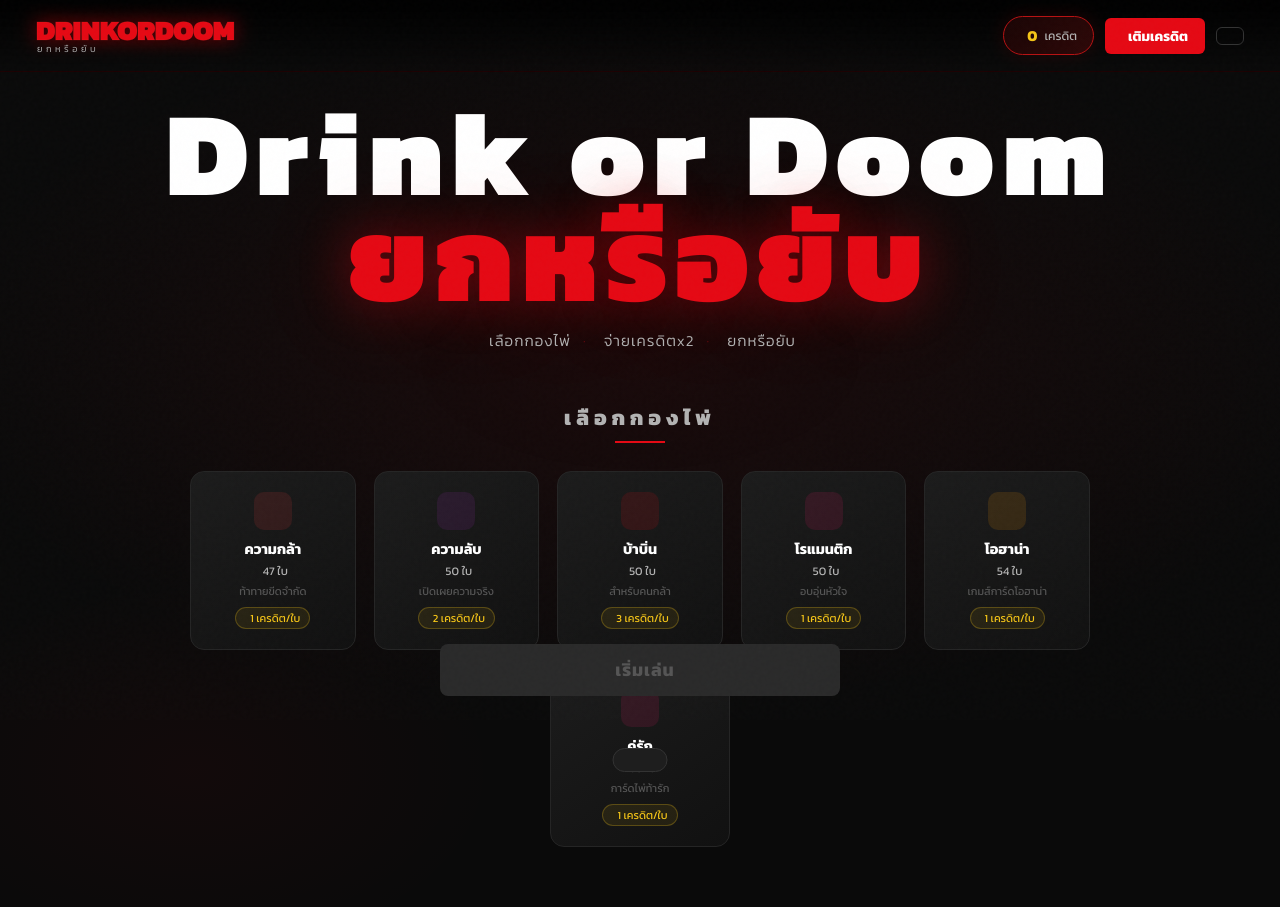
Repository: nuthiokhaw99/Drink-or-Doom.github.io
Page: index.html
These files come from the project's save history. The page is drawn as it stood at one moment and after the next save; the edit follows.
The browser window is 1280 px wide. The pictures show the whole page.
Some icons come from a web library that is not loaded, so they are not drawn.

Above is the page before, as saved 2026-03-25 00:50:02.

### index.html
<!DOCTYPE html>
<html lang="th">
<head>
<meta charset="UTF-8">
<meta name="viewport" content="width=device-width, initial-scale=1.0">
<title>DEALSHOT — ไพ่วงเหล้า</title>

<!-- Fonts -->
<link href="https://fonts.googleapis.com/css2?family=Kanit:ital,wght@0,300;0,400;0,600;0,700;0,800;0,900;1,400&display=swap" rel="stylesheet">

<!-- Flaticon Uicons -->
<link rel="stylesheet" href="https://cdn-uicons.flaticon.com/2.6.0/uicons-solid-rounded/css/uicons-solid-rounded.css">
<link rel="stylesheet" href="https://cdn-uicons.flaticon.com/2.6.0/uicons-regular-rounded/css/uicons-regular-rounded.css">
<link rel="stylesheet" href="https://cdn-uicons.flaticon.com/2.6.0/uicons-brands/css/uicons-brands.css">

<!-- Styles -->
<link rel="stylesheet" href="css/main.css">
<link rel="stylesheet" href="css/components.css">
<link rel="stylesheet" href="css/admin.css">
</head>
<body>

<header class="hdr">
  <div class="logo" onclick="goHome()">
    <div class="logo-wordmark">
      <span class="logo-main">DRINKORDOOM</span>
      <span class="logo-sub">ยกหรือยับ</span>
    </div>
  </div>
  <div class="hdr-r">
    <div class="credit-pill" onclick="openTopup()">
      <i class="fi fi-sr-coins" style="color:var(--gold);font-size:.95rem;"></i>
      <span class="amt" id="cr-disp">0</span>
      <span class="lbl">เครดิต</span>
    </div>
    <button class="btn-topup" onclick="openTopup()">
      <i class="fi fi-sr-plus"></i><span class="lbl-txt">เติมเครดิต</span>
    </button>
        <button class="btn-ghost" id="btn-admin" onclick="showAdmin()">
        <i class="fi fi-sr-tools"></i>
        </button>
  </div>
</header>

<!-- ============ HOME SCREEN ============ -->
<div id="home-screen">
  <section class="hero">
    <div class="big-title"><div>Drink or Doom</div><div class="r">ยกหรือยับ</div></div>
    <p class="hero-sub">
      <span class="chip"><i class="fi fi-sr-layers" style="color:var(--red);font-size:.85rem;"></i> เลือกกองไพ่</span>
      <span class="sep">·</span>
      <span class="chip"><i class="fi fi-sr-coins" style="color:var(--gold);font-size:.85rem;"></i> จ่ายเครดิตx2</span>
      <span class="sep">·</span>
      <span class="chip"><i class="fi fi-sr-bolt" style="color:var(--red);font-size:.85rem;"></i> ยกหรือยับ</span>
    </p>
    <p class="sec-label">เลือกกองไพ่</p>
    <div class="deck-grid-wrap">
      <div class="deck-grid" id="deck-grid"></div>
      <button class="btn-play" id="btn-play" onclick="startGame()" disabled>
        <i class="fi fi-sr-play"></i> เริ่มเล่น
      </button>
    </div>
  </section>
</div>

<!-- ============ GAME SCREEN ============ -->
<div id="game-screen">
  <div class="game-hdr">
    <div style="display:flex;align-items:center;gap:14px;">
      <button class="btn-ghost" onclick="goHome()"><i class="fi fi-sr-angle-left"></i> กลับ</button>
      <div class="g-deck-info">
        <div class="g-deck-ico" id="g-ico-wrap"><i id="g-ico" class="fi fi-sr-flame"></i></div>
        <div>
          <div class="g-nm" id="g-nm"></div>
          <div class="g-rm"><i class="fi fi-rr-copy" style="font-size:.7rem;opacity:.5;"></i><span id="g-rm"></span></div>
        </div>
      </div>
    </div>
    <div style="display:flex;align-items:center;gap:10px;">
      <!-- โหมด toggle -->
      <div class="layout-toggle">
        <button class="lt-btn act" id="lt-scatter" onclick="setLayout('scatter')" title="กระจายเละ">
          <i class="fi fi-sr-shuffle"></i>
        </button>
        <button class="lt-btn" id="lt-stack" onclick="setLayout('stack')" title="เรียงตับ">
          <i class="fi fi-sr-layers"></i>
        </button>
      </div>
      <div class="g-layout-label" id="g-layout-label">แบบกระจาย</div>
    </div>
  </div>
  <div class="table-area">
    <div class="cards-wrap" id="cards-wrap"></div>
    <div class="cost-hint">
      <i class="fi fi-rr-cursor" style="opacity:.6;"></i>
      แตะการ์ดเพื่อเปิด · ใช้ <span class="hl" id="cost-show">1</span> เครดิต/ใบ
    </div>
  </div>
</div>

<!-- ============ ADMIN SCREEN ============ -->
<div id="admin-screen">
  <div class="adm-hdr">
    <div>
      <div class="adm-ttl"><i class="fi fi-sr-settings-sliders" style="color:var(--red);"></i> <span class="r">ADMIN</span> PANEL</div>
      <div class="adm-sub">จัดการไพ่และกองไพ่ทั้งหมด</div>
    </div>
    <button class="btn-ghost" onclick="goHome()"><i class="fi fi-sr-home"></i> หน้าหลัก</button>
  </div>
  <div class="tabs">
    <button class="tab act" onclick="switchTab('decks',0)"><i class="fi fi-sr-layers"></i> กองไพ่</button>
    <button class="tab" onclick="switchTab('cards',1)"><i class="fi fi-sr-pencil"></i> แก้ไขไพ่</button>
    <button class="tab" onclick="switchTab('settings',2)"><i class="fi fi-sr-settings"></i> ตั้งค่า</button>
    <button class="tab" onclick="switchTab('sheet',3)"><i class="fi fi-sr-table"></i> Spreadsheet</button>
  </div>

  <!-- Tab: Decks -->
  <div class="tab-content act" id="tc-decks">
    <div class="deck-list-adm" id="adm-deck-list"></div>
    <button class="btn-add" onclick="openDeckForm()"><i class="fi fi-sr-plus"></i> เพิ่มกองไพ่ใหม่</button>
  </div>

  <!-- Tab: Cards -->
  <div class="tab-content" id="tc-cards">
    <div style="display:flex;align-items:center;gap:10px;margin-bottom:16px;">
      <label style="color:var(--text2);font-size:.85rem;display:flex;align-items:center;gap:6px;">
        <i class="fi fi-sr-layers"></i> กองไพ่:
      </label>
      <select class="fc" id="adm-deck-sel" style="width:200px" onchange="loadCE()"></select>
    </div>
    <div class="card-editor-box">
      <h3 id="ce-title"><i class="fi fi-sr-layers" style="color:var(--red);"></i> เลือกกองไพ่ก่อน</h3>
      <div class="card-list-ed" id="card-list-ed"></div>
      <button class="btn-add-card" onclick="addCRow()"><i class="fi fi-sr-plus"></i> เพิ่มไพ่</button>
    </div>
    <div style="display:flex;justify-content:flex-end;margin-top:14px;">
      <button class="btn-save" onclick="saveCards()"><i class="fi fi-sr-disk"></i> บันทึก</button>
    </div>
  </div>

  <!-- Tab: Settings -->
  <div class="tab-content" id="tc-settings">
    <div class="sheet-sec">
      <h3><i class="fi fi-sr-settings" style="color:var(--red);"></i> ตั้งค่าระบบ</h3>
      <p>กำหนดเครดิตเริ่มต้นและชื่อเว็บ</p>
      <div class="fg"><label><i class="fi fi-sr-coins"></i> เครดิตเริ่มต้น (ทดสอบ)</label><input type="number" class="fc" id="st-cr" value="10"></div>
      <div class="fg"><label><i class="fi fi-sr-tag"></i> ชื่อเว็บ</label><input type="text" class="fc" id="st-nm" value="DEALSHOT"></div>
      <div class="fg">
        <label><i class="fi fi-sr-flask"></i> โหมดทดสอบ</label>
        <select class="fc" id="st-test"><option value="1">เปิด</option><option value="0">ปิด</option></select>
      </div>
      <button class="btn-save" onclick="saveSettings()"><i class="fi fi-sr-disk"></i> บันทึก</button>
    </div>
  </div>

  <!-- Tab: Spreadsheet -->
  <div class="tab-content" id="tc-sheet">
    <div class="sheet-sec">
      <h3><i class="fi fi-brands-google" style="color:var(--red);"></i> เชื่อม Google Spreadsheet</h3>
      <p>ใส่ URL ของ Google Sheets (Share → Anyone with link can view)</p>
      <div class="sheet-row">
        <input type="text" class="sh-inp" id="sheet-url" placeholder="https://docs.google.com/spreadsheets/d/...">
        <button class="btn-conn" onclick="connectSheet()"><i class="fi fi-sr-link"></i> เชื่อมต่อ</button>
      </div>
      <div style="margin-top:16px;padding:14px;background:#1a1a1a;border-radius:8px;font-size:.8rem;color:var(--text2);line-height:2;">
        <strong style="color:#fff;display:flex;align-items:center;gap:6px;margin-bottom:4px;">
          <i class="fi fi-sr-info" style="color:var(--red);"></i> รูปแบบ Sheet ที่รองรับ:
        </strong>
        Sheet 1: <code style="color:var(--gold);">decks</code> — id | name | icon | theme | cost_per_card | description<br>
        Sheet 2: <code style="color:var(--gold);">cards</code> — deck_id | category | text
      </div>
    </div>
    <div class="sheet-sec">
      <h3><i class="fi fi-sr-database" style="color:var(--red);"></i> Export / Import</h3>
      <p>สำรองหรือนำเข้าข้อมูลไพ่ทั้งหมด</p>
      <div style="display:flex;gap:10px;flex-wrap:wrap;">
        <button class="btn-conn" onclick="exportData()"><i class="fi fi-sr-download"></i> Export JSON</button>
        <button class="btn-conn ghost" onclick="importData()"><i class="fi fi-sr-upload"></i> Import JSON</button>
        <button class="btn-conn ghost" onclick="resetData()"><i class="fi fi-sr-rotate-left"></i> รีเซ็ต</button>
      </div>
      <input type="file" id="imp-file" accept=".json" style="display:none" onchange="handleImport(event)">
    </div>
  </div>
</div>

<!-- ============ RESULT MODAL ============ -->
<div class="overlay" id="res-overlay">
  <div class="res-card">
    <div class="res-deck-lbl" id="res-dlbl"></div>
    <div class="res-ico-wrap" id="res-ico-wrap"><i id="res-ico" class="fi fi-sr-flame"></i></div>
    <div class="res-cat" id="res-cat"></div>
    <div class="res-txt" id="res-txt"></div>
    <div class="res-acts">
      <button class="btn-close-r" onclick="closeRes()"><i class="fi fi-sr-cross"></i> ปิด</button>
      <button class="btn-next" onclick="closeRes()">ไพ่ใบต่อไป <i class="fi fi-sr-arrow-right"></i></button>
    </div>
  </div>
</div>

<!-- ============ TOP-UP MODAL ============ -->
<div class="overlay" id="topup-overlay">
  <div class="modal-box">
    <button class="modal-x" onclick="closeTopup()"><i class="fi fi-sr-cross"></i></button>
    <div class="modal-ttl"><i class="fi fi-sr-coins" style="color:var(--gold);"></i> เติม<span class="r">เครดิต</span></div>
    <div class="modal-sub">เลือกแพ็กเกจที่ต้องการ</div>
    <div class="topup-grid">
      <div class="topup-opt" onclick="selPkg(this,10)">
        <div class="coins"><i class="fi fi-sr-coins"></i> 10</div><div class="price">฿29</div>
      </div>
      <div class="topup-opt" onclick="selPkg(this,30)">
        <div class="coins"><i class="fi fi-sr-coins"></i> 30</div><div class="price">฿79</div>
        <div class="bonus"><i class="fi fi-sr-plus"></i> +5 โบนัส</div>
      </div>
      <div class="topup-opt" onclick="selPkg(this,60)">
        <div class="coins"><i class="fi fi-sr-coins"></i> 60</div><div class="price">฿149</div>
        <div class="bonus"><i class="fi fi-sr-plus"></i> +15 โบนัส</div>
      </div>
      <div class="topup-opt" onclick="selPkg(this,150)">
        <div class="coins"><i class="fi fi-sr-coins"></i> 150</div><div class="price">฿349</div>
        <div class="bonus"><i class="fi fi-sr-star"></i> +50 โบนัส</div>
      </div>
    </div>
    <div class="coming-banner">
      <strong><i class="fi fi-sr-triangle-warning"></i> ระบบชำระเงินกำลังพัฒนา</strong>
      <span style="font-size:.75rem;">กด "รับฟรี" ด้านล่างเพื่อทดสอบ</span>
    </div>
    <button class="btn-free" onclick="freeCredit()"><i class="fi fi-sr-gift"></i> รับฟรี 10 เครดิต (ทดสอบ)</button>
  </div>
</div>

<!-- ============ DECK FORM MODAL ============ -->
<div class="form-overlay" id="deck-form-ov">
  <div class="form-box">
    <button class="form-x" onclick="closeDeckForm()"><i class="fi fi-sr-cross"></i></button>
    <h3 id="df-title"><i class="fi fi-sr-layers" style="color:var(--red);"></i> เพิ่มกองไพ่ใหม่</h3>
    <div class="fg"><label><i class="fi fi-sr-tag"></i> ชื่อกองไพ่</label><input class="fc" id="df-name" placeholder="เช่น ความกล้า"></div>
    <div class="fg">
      <label><i class="fi fi-sr-apps"></i> Flaticon Uicons (เช่น fi-sr-flame)</label>
      <input class="fc" id="df-icon" placeholder="fi-sr-flame">
    </div>
    <div class="fg">
      <label><i class="fi fi-sr-palette"></i> ธีมสี</label>
      <select class="fc" id="df-theme">
        <option value="fire">ไฟ — แดง</option>
        <option value="magic">เวทมนตร์ — ม่วง</option>
        <option value="skull">กะโหลก — แดงเข้ม</option>
        <option value="heart">หัวใจ — ชมพู</option>
        <option value="star">ดาว — ทอง</option>
        <option value="bolt">ฟ้าผ่า — ส้ม</option>
        <option value="default">ค่าเริ่มต้น — เทา</option>
      </select>
    </div>
    <div class="fg"><label><i class="fi fi-sr-align-left"></i> คำอธิบาย</label><input class="fc" id="df-desc" placeholder="คำอธิบายสั้นๆ"></div>
    <div class="fg"><label><i class="fi fi-sr-coins"></i> ค่าเครดิต/ใบ</label><input class="fc" type="number" id="df-cost" value="1" min="0"></div>
    <div class="form-acts">
      <button class="btn-cancel" onclick="closeDeckForm()"><i class="fi fi-sr-cross"></i> ยกเลิก</button>
      <button class="btn-save" onclick="saveDeck()"><i class="fi fi-sr-disk"></i> บันทึก</button>
    </div>
  </div>
</div>

<!-- ============ TOAST ============ -->
<div class="toast" id="toast">
  <i id="toast-ico" class="fi fi-sr-check-circle" style="color:#4caf50;"></i>
  <span id="toast-msg"></span>
</div>

<!-- ============ SCRIPTS ============ -->
<!-- โหลด db.js ก่อน เพราะไฟล์อื่นใช้ DB -->
<script src="js/db.js"></script>
<script src="js/admin-keys.js"></script>
<script src="js/payment.js"></script>
<script src="js/api.js"></script>
<script src="js/components.js"></script>
<script src="js/admin.js"></script>
<script src="js/app.js"></script>
</body>
</html>

### css/main.css
/* =========================================
   main.css — Base styles, variables, layout
   ========================================= */

:root {
  --bg: #0a0a0a;
  --bg2: #111;
  --bg3: #1a1a1a;
  --red: #e50914;
  --red2: #b81213;
  --red3: #ff1a24;
  --gold: #f5c518;
  --text: #fff;
  --text2: #b3b3b3;
  --text3: #555;
  --glow: rgba(229, 9, 20, 0.35);
}

* { margin: 0; padding: 0; box-sizing: border-box; }

body {
  background: var(--bg);
  color: var(--text);
  font-family: "Kanit", sans-serif;
  min-height: 100vh;
  overflow-x: hidden;
}

/* Grain overlay */
body::before {
  content: "";
  position: fixed;
  inset: 0;
  background-image: url("data:[embedded picture, 298 characters]");
  pointer-events: none;
  z-index: 9998;
  opacity: .35;
}

/* ---- DECK ICON COLOR THEMES ---- */
.th-fire    { background: rgba(229,57,53,.13);  color: #ef5350; }
.th-magic   { background: rgba(156,39,176,.13);  color: #ce93d8; }
.th-skull   { background: rgba(229,9,20,.13);    color: var(--red); }
.th-heart   { background: rgba(233,30,99,.13);   color: #f06292; }
.th-star    { background: rgba(245,197,24,.13);  color: var(--gold); }
.th-bolt    { background: rgba(255,152,0,.13);   color: #ffa726; }
.th-default { background: rgba(255,255,255,.06); color: var(--text2); }

/* ---- HEADER ---- */
.hdr {
  display: flex; align-items: center; justify-content: space-between;
  padding: 16px 36px;
  position: fixed; top: 0; left: 0; right: 0; z-index: 200;
  background: linear-gradient(180deg, rgba(0,0,0,.96) 0%, transparent 100%);
  border-bottom: 1px solid rgba(229,9,20,.12);
}
.logo {
  display: flex; align-items: center;
  cursor: pointer; text-decoration: none;
  user-select: none;
}

/* Netflix-style wordmark */
.logo-wordmark {
  display: flex;
  flex-direction: column;
  line-height: 1;
  gap: 1px;
}

.logo-main {
  font-family: "Kanit", sans-serif;
  font-weight: 900;
  font-size: 1.75rem;
  color: var(--red);
  letter-spacing: -0.5px;   /* Netflix แน่น ไม่ห่าง */
  text-transform: uppercase;
  /* เงา glow แบบ Netflix */
  text-shadow:
    0 0 20px rgba(229,9,20,.6),
    0 2px 4px rgba(0,0,0,.8);
  /* ขอบบางๆ ให้ดู solid */
  -webkit-text-stroke: 0.5px rgba(255,60,60,.3);
  transition: text-shadow .2s;
}

.logo-sub {
  font-family: "Kanit", sans-serif;
  font-weight: 300;
  font-size: .58rem;
  color: var(--text2);
  letter-spacing: 3.5px;
  text-transform: uppercase;
  padding-left: 1px;
}

.logo:hover .logo-main {
  text-shadow:
    0 0 30px rgba(229,9,20,.9),
    0 0 60px rgba(229,9,20,.4),
    0 2px 4px rgba(0,0,0,.8);
}

/* ลบ class เก่าที่ไม่ใช้แล้ว */
.logo-ico { display: none; }
.logo-txt { display: none; }
.hdr-r { display: flex; align-items: center; gap: 11px; }

/* ---- CREDIT PILL ---- */
.credit-pill {
  display: flex; align-items: center; gap: 7px;
  background: linear-gradient(135deg, #1a0505, #2d0808);
  border: 1px solid var(--red2); border-radius: 30px;
  padding: 7px 16px; cursor: pointer; transition: .2s;
  box-shadow: 0 0 18px rgba(229,9,20,.12);
}
.credit-pill:hover { border-color: var(--red); box-shadow: 0 0 24px var(--glow); }
.credit-pill .amt  { color: var(--gold); font-weight: 700; font-size: .95rem; }
.credit-pill .lbl  { color: var(--text2); font-size: .75rem; }

/* ---- BUTTONS ---- */
.btn-topup {
  background: var(--red); color: #fff; border: none;
  padding: 8px 17px; border-radius: 6px;
  font-family: "Kanit", sans-serif; font-weight: 700; font-size: .85rem;
  cursor: pointer; transition: .2s;
  display: flex; align-items: center; gap: 6px;
  white-space: nowrap;   /* เพิ่ม — ไม่ตัดบรรทัด */
  flex-shrink: 0;        /* เพิ่ม — ไม่ให้หด */
}
.btn-topup:hover { background: var(--red3); transform: translateY(-1px); box-shadow: 0 4px 18px var(--glow); }

.btn-ghost {
  background: transparent; color: var(--text2); border: 1px solid #333;
  padding: 8px 13px; border-radius: 6px;
  font-family: "Kanit", sans-serif; font-size: .82rem;
  cursor: pointer; transition: .2s;
  display: flex; align-items: center; gap: 6px;
}
.btn-ghost:hover { border-color: var(--text2); color: #fff; }

/* ---- HERO ---- */
.hero {
  min-height: 100vh; display: flex; flex-direction: column;
  align-items: center; justify-content: center;
  padding: 100px 20px 60px; position: relative;
}
.hero::before {
  content: ""; position: absolute; inset: 0;
  background:
    radial-gradient(ellipse 80% 55% at 50% 40%, rgba(229,9,20,.07) 0%, transparent 70%),
    radial-gradient(ellipse 40% 35% at 15% 85%, rgba(229,9,20,.04) 0%, transparent 60%);
}
.big-title {
  font-family: "Kanit", sans-serif; font-weight: 900;
  font-size: clamp(3.5rem, 10vw, 7.5rem);
  letter-spacing: 8px; text-align: center; line-height: .88; position: relative; z-index: 1;
}
.big-title .r { color: var(--red); text-shadow: 0 0 50px var(--glow), 0 0 100px rgba(229,9,20,.2); }
.hero-sub {
  color: var(--text2); font-size: .95rem; font-weight: 300; letter-spacing: 1px;
  margin: 18px 0 50px; position: relative; z-index: 1;
  display: flex; align-items: center; gap: 12px; flex-wrap: wrap; justify-content: center;
}
.hero-sub .chip { display: flex; align-items: center; gap: 5px; }
.hero-sub .sep  { color: var(--red); opacity: .4; }
.sec-label {
  font-family: "Kanit", sans-serif; font-weight: 800; font-size: 1.3rem;
  letter-spacing: 5px; color: var(--text2); text-align: center;
  margin-bottom: 28px; position: relative; z-index: 1;
}
.sec-label::after { content: ""; display: block; width: 50px; height: 2px; background: var(--red); margin: 8px auto 0; }

/* ---- DECK GRID ---- */
.deck-grid {
  display: flex; flex-wrap: wrap; gap: 18px; justify-content: center;
  position: relative; z-index: 1; max-width: 900px;
}
.deck-card {
  background: linear-gradient(145deg, #1c1c1c, #111);
  border: 1px solid #252525; border-radius: 14px;
  padding: 20px 16px;
  min-width: 160px;
  max-width: 180px;
  flex: 1;
  cursor: pointer;
  transition: all .3s cubic-bezier(.23,1,.32,1);
  position: relative; overflow: hidden;
  min-width: 140px;          /* ลดจาก 188px */
  text-align: center;
}
.deck-card::before {
  content: ""; position: absolute; top: 0; left: 0; right: 0; height: 2px;
  background: linear-gradient(90deg, transparent, var(--red), transparent);
  opacity: 0; transition: opacity .3s;
}
.deck-card:hover             { border-color: var(--red2); transform: translateY(-5px); box-shadow: 0 18px 44px rgba(229,9,20,.18); }
.deck-card:hover::before,
.deck-card.sel::before       { opacity: 1; }
.deck-card.sel               { border-color: var(--red); box-shadow: 0 0 28px var(--glow); background: linear-gradient(145deg, #1f0505, #130303); }
.d-ico-wrap {
  width: 38px; height: 38px;  /* ลดจาก 50px */
  border-radius: 10px;

  margin: 0 auto 8px;         /* ลดจาก 12px */
  font-size: 1.1rem;          /* ลดจาก 1.5rem */
}

.d-name { font-weight: 700; font-size: .9rem; margin-bottom: 2px; }  /* ลดจาก 1.05rem */
.d-cnt  { color: var(--text2); font-size: .72rem; display: flex; align-items: center; gap: 5px; justify-content: center; margin-top: 2px; }
.d-desc { color: var(--text3); font-size: .68rem; margin-top: 3px; }
.d-cost { display: inline-flex; align-items: center; gap: 5px; background: rgba(245,197,24,.08); border: 1px solid rgba(245,197,24,.25); border-radius: 20px; padding: 2px 9px; font-size: .68rem; color: var(--gold); margin-top: 8px; }
.btn-play {
  background: var(--red); color: #fff; border: none;
  padding: 13px 44px; border-radius: 8px;
  font-family: "Kanit", sans-serif; font-weight: 700; font-size: 1.1rem;
  cursor: pointer; margin: 0 auto;
  letter-spacing: 1px; transition: .25s;
  position: fixed; z-index: 100;
  box-shadow: 0 4px 28px var(--glow);
  display: flex; align-items: center; justify-content: center; gap: 10px;

  width: calc(100vw - 48px);
  max-width: 400px;
  bottom: 24px;
  left: 0;
  right: 0;
}
.btn-play:hover    { background: var(--red3); transform: translateY(-2px); box-shadow: 0 8px 40px var(--glow); }
.btn-play:disabled { background: #2a2a2a; color: #555; cursor: not-allowed; box-shadow: none; transform: none; }

/* ---- TOAST ---- */
.toast {
  position: fixed; bottom: 28px; left: 50%;
  transform: translateX(-50%) translateY(80px);
  background: #1e1e1e; border: 1px solid #333; border-radius: 30px;
  padding: 11px 22px; font-size: .88rem; z-index: 1000;
  transition: transform .3s; pointer-events: none;
  display: flex; align-items: center; gap: 9px;
}
.toast.show { transform: translateX(-50%) translateY(0); }

/* ---- SPARKLE ---- */
.spk {
  position: fixed; pointer-events: none; z-index: 9000;
  width: 5px; height: 5px; border-radius: 50%;
  animation: spk-a .75s ease-out forwards;
}
@keyframes spk-a {
  0%   { transform: scale(1); opacity: 1; }
  100% { transform: scale(0) translate(var(--tx), var(--ty)); opacity: 0; }
}

/* ---- RESPONSIVE ---- */
@media (max-width: 580px) {
  .hdr        { padding: 13px 16px; }
  .big-title  { font-size: 3rem; }
  /* .btn-topup .lbl-txt { display: none; } */
}

html, body {
  overflow-x: hidden;
  max-width: 100%;
}

.deck-grid-wrap {
  display: flex;
  flex-direction: column;
  align-items: center;
  gap: 14px;
  max-width: 1000px;
  position: relative;
  z-index: 1;
}

body.in-game {
  overflow: hidden;
  position: fixed;
  width: 100%;
  height: 100%;
}

Loaded but not shown: js/db.js (373 lines, source omitted); js/app.js (479 lines, source omitted); js/components.js (333 lines, source omitted); js/admin.js (227 lines, source omitted); js/api.js (80 lines, source omitted); js/payment.js (64 lines, source omitted); js/admin-keys.js (25 lines, source omitted); css/components.css (361 lines, source omitted); css/admin.css (153 lines, source omitted)

After the next save:
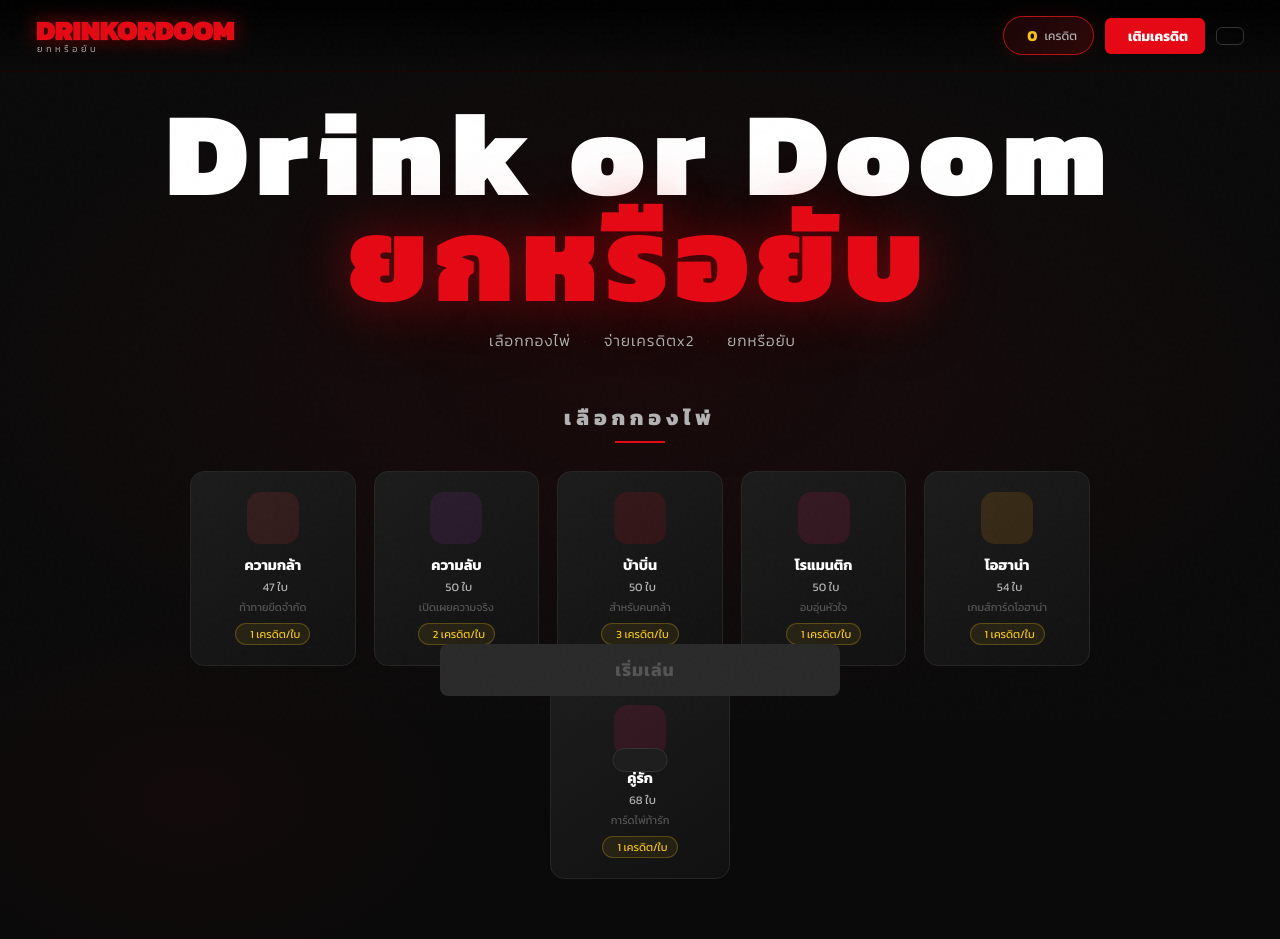
Saved 6 s later.
--- a/css/main.css
+++ b/css/main.css
@@ -199,11 +199,11 @@
 .deck-card.sel::before       { opacity: 1; }
 .deck-card.sel               { border-color: var(--red); box-shadow: 0 0 28px var(--glow); background: linear-gradient(145deg, #1f0505, #130303); }
 .d-ico-wrap {
-  width: 38px; height: 38px;  /* ลดจาก 50px */
-  border-radius: 10px;
-
-  margin: 0 auto 8px;         /* ลดจาก 12px */
-  font-size: 1.1rem;          /* ลดจาก 1.5rem */
+  width: 52px; height: 52px;
+  border-radius: 14px;
+  margin: 0 auto 10px;
+  font-size: 1.4rem;
+    display: flex; align-items: center; justify-content: center;
 }
 
 .d-name { font-weight: 700; font-size: .9rem; margin-bottom: 2px; }  /* ลดจาก 1.05rem */
